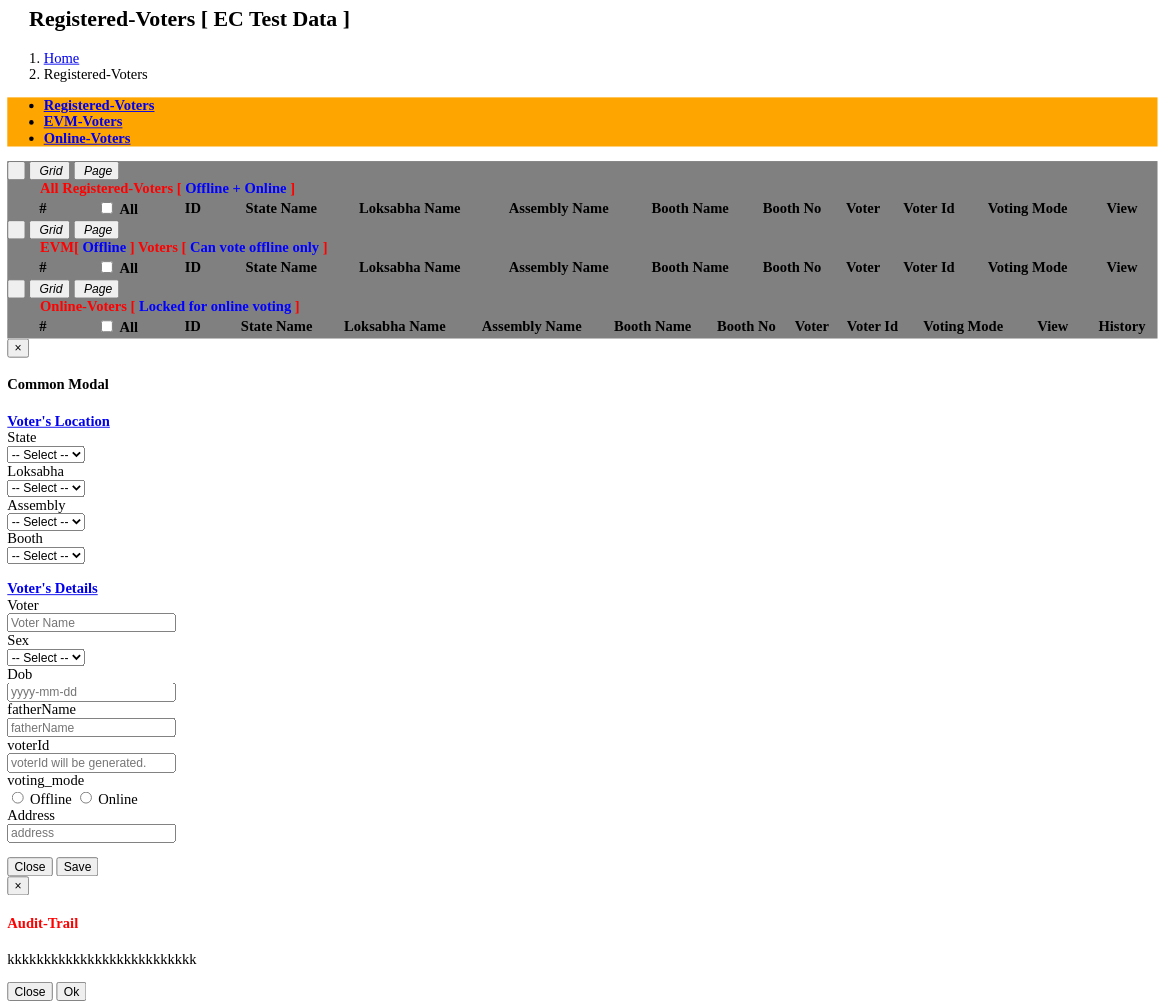
Repository: sanjeev167/IndiaOnLineVoting_3112020
Page: http://localhost/IndiaOnLineVoting/WEB-INF/jsp/ec/voters.jsp
An editor plug-in stored every save of this project. The page is shown before and after the next save, followed by the edit.
The browser window is 1280 px wide. The pictures show the whole page, at 91% of full size.
The page is served by Tomcat 9. Nobody is signed in. Other server files are loaded and not shown. The template is opened directly, without the code that normally fills it, so the values that code supplies are empty.

Above is the page before, as saved 2020-10-30 01:51:27.
Console error: TypeError: $(...).DataTable is not a function

### IndiaOnLineVoting/src/main/webapp/WEB-INF/jsp/ec/voters.jsp


	<!-- Full Width Column -->

	<!-- Content Header (Page header) -->
	<section class="content-header">
		<h1>
			&nbsp;&nbsp;&nbsp;&nbsp;Registered-Voters [ <strong>EC Test Data</strong> ]
		</h1>
		<ol class="breadcrumb">
			<li><a href="/"><i class="fa fa-dashboard"></i> Home</a></li>
			<li class="active">Registered-Voters</li>
		</ol>
	</section>

	<!-- Main content -->
	<section class="content">

		<div class="row">

			<div class="col-md-9">
				<div class="nav-tabs-custom" >
					<ul class="nav nav-tabs"
						style="background-color: orange; font-weight: bold;">
						<li class="active"><a href="#activity" data-toggle="tab">Registered-Voters</a></li>
						<li><a href="#timeline" data-toggle="tab">EVM-Voters</a></li>
						<li><a href="#settings" data-toggle="tab">Online-Voters</a></li>
					</ul>
					<div class="tab-content" style="background-color: grey;">
						<div class="active tab-pane" id="activity">
								<!-- /.box-header -->
								<div class="box-body">
									<div class="col-md-12">
										<div class="box box-primary ">
											<div class="box-header with-border">

												<div class="box-title">

													<button type="button">
														<i class="fa fa-search searchClass" data-toggle="modal">&nbsp;</i>
													</button>
													<button type="button" id="reloadGrid">
														<i class="fa fa-refresh">&nbsp;Grid</i>
													</button>
													<button type="button" id="refreshGrid">
														<i class="fa fa-refresh">&nbsp;Page</i>
													</button>
												</div>
												&nbsp;&nbsp;&nbsp;&nbsp;&nbsp;&nbsp;&nbsp;&nbsp;&nbsp;<strong style="color:red;">All Registered-Voters [ <span style="color:blue;">Offline + Online </span> ]</strong>
											</div>

											<div class="box-body ">
												<table id="votersEnrolledId" width="100%"
													class="table table-striped table-bordered table-hover table-condensed dt-responsive data-table">
													<thead>
														<tr>
															<th width="6%">#</th>
															<th width="7%"><input id="chkAll" type="checkbox">&nbsp;All</th>
															<th width="6%">ID</th>
															<th>State Name</th>
															<th>Loksabha Name</th>
															<th>Assembly Name</th>
															<th>Booth Name</th>
															<th>Booth No</th>
															<th>Voter</th>
															<th>Voter Id</th>
															<th>Voting Mode</th>
															<th width="6%">View</th>

														</tr>
													</thead>

												</table>
											</div>
											<!-- /.box-body -->

									</div>
									<!-- /.col -->
								</div>
								<!-- /.box-body -->
							</div>
							<!-- /.box -->

						</div>
						<!-- /.tab-pane -->




						<div class="tab-pane" id="timeline">
							 <!-- /.box-header -->
								<div class="box-body">
									<div class="col-md-12">
										<div class="box box-primary ">
											<div class="box-header with-border">

												<div class="box-title">

													<button type="button">
														<i class="fa fa-search SearchOffLineVotersClass" data-toggle="modal">&nbsp;</i>
													</button>
													<button type="button" id="reloadGrid">
														<i class="fa fa-refresh">&nbsp;Grid</i>
													</button>
													<button type="button" id="refreshGrid">
														<i class="fa fa-refresh">&nbsp;Page</i>
													</button>
												</div>
												&nbsp;&nbsp;&nbsp;&nbsp;&nbsp;&nbsp;&nbsp;&nbsp;&nbsp;<strong style="color:red;">EVM[ <span style="color:blue;">Offline</span> ] Voters [ <span style="color:blue;">Can vote offline only</span> ]</strong>
											</div>

											<div class="box-body ">
												<table id="votersEnrolledOfflineId" width="100%"
													class="table table-striped table-bordered table-hover table-condensed dt-responsive data-table">
													<thead>
														<tr>
														   <th width="6%">#</th>
															<th width="7%"><input id="chkAll" type="checkbox">&nbsp;All</th>
															<th width="6%">ID</th>
															<th>State Name</th>
															<th>Loksabha Name</th>
															<th>Assembly Name</th>
															<th>Booth Name</th>
															<th>Booth No</th>
															<th>Voter</th>
															<th>Voter Id</th>
															<th>Voting Mode</th>
															<th width="6%">View</th>

														</tr>
													</thead>

												</table>
											</div>
											<!-- /.box-body -->

									</div>
									<!-- /.col -->
								</div>
								<!-- /.box-body -->
							</div>
							<!-- /.box -->
						</div>
						<!-- /.tab-pane -->

						<div class="tab-pane" id="settings">
							      <!-- /.box-header -->
								<div class="box-body">
									<div class="col-md-12">
										<div class="box box-primary ">
											<div class="box-header with-border">

												<div class="box-title">

													<button type="button">
														<i class="fa fa-search SearchOnLineVotersClass" data-toggle="modal">&nbsp;</i>
													</button>
													<button type="button" id="reloadGrid">
														<i class="fa fa-refresh">&nbsp;Grid</i>
													</button>
													<button type="button" id="refreshGrid">
														<i class="fa fa-refresh">&nbsp;Page</i>
													</button>
												</div>
												&nbsp;&nbsp;&nbsp;&nbsp;&nbsp;&nbsp;&nbsp;&nbsp;&nbsp;<strong style="color:red;">Online-Voters [ <span style="color:blue;">Locked for online voting</span> ]</strong>
											</div>

											<div class="box-body ">
												<table id="votersEnrolledOnlineId" width="100%"
													class="table table-striped table-bordered table-hover table-condensed dt-responsive data-table">
													<thead>
														<tr>
															<th width="6%">#</th>
															<th width="7%"><input id="chkAll" type="checkbox">&nbsp;All</th>
															<th width="6%">ID</th>
															<th>State Name</th>
															<th>Loksabha Name</th>
															<th>Assembly Name</th>
															<th>Booth Name</th>
															<th>Booth No</th>
															<th>Voter</th>
															<th>Voter Id</th>
															<th>Voting Mode</th>
															<th width="6%">View</th>
															<th width="6%">History</th>

														</tr>
													</thead>

												</table>
											</div>
											<!-- /.box-body -->

									</div>
									<!-- /.col -->
								</div>
								<!-- /.box-body -->
							</div>
							<!-- /.box -->

						</div>
						<!-- /.tab-pane -->
					</div>
					<!-- /.tab-content -->
				</div>
				<!-- /.nav-tabs-custom -->
			</div>
			<!-- /.col -->
		</div>
		<!-- /.row -->

	</section>
	<!-- /.content -->



<!-- modal for add/update/view/search -->
<div class="modal fade" id="modal-common">
	<div class="modal-dialog modal-md">
		<div class="modal-content" style="border-radius: 10px;">
			<div class="modal-header">
				<button type="button" class="close" data-dismiss="modal"
					aria-label="Close">
					<span aria-hidden="true">&times;</span>
				</button>
				<h4 class="modal-title" id="commonModalTitleId">Common Modal</h4>
			</div>
			<div class="modal-body">
				<!-- form start -->
				<form class="form-horizontal" id="commonFormId" action="">
					<div class="box-body">
						<h5 id="successMsgId"></h5>
						<h5 id="searchMsgId"></h5>
						<strong style="color:red;" id="searchHideContentId"><a href="#" id="voterlocationId">Voter's Location </a></strong>
						<div id="voterLocationShowHideId">
									<div class="form-group">
										<label for="inputStateName" class="col-sm-4 control-label">
											State</label>
										<div class="col-sm-7">
											<select class="form-control" name="stateNameId"
												id="stateNameId">
												<option value="">-- Select --</option>

											</select> <span id="stateNameId_err" class="field-error"></span>
										</div>
									</div>
									<div class="form-group">
										<label for="inputLoksabhaName" class="col-sm-4 control-label">
											Loksabha</label>
										<div class="col-sm-7">
											<select class="form-control" name="loksabhaNameId"
												id="loksabhaNameId">
												<option value="">-- Select --</option>

											</select> <span id="loksabhaNameId_err" class="field-error"></span>
										</div>
									</div>

									<div class="form-group" id="assemblyLabledId">
										<label for="inputSortName" class="col-sm-4 control-label">
											Assembly</label>
										<div class="col-sm-7">
											<select class="form-control" name="assemblyNameId"
												id="assemblyNameId">
												<option value="">-- Select --</option>

											</select> <span id="assemblyNameId_err" class="field-error"></span>
										</div>
									</div>

									<div class="form-group" id="pollingBoothNameIdLabledId">
										<label for="inputSortName" class="col-sm-4 control-label">
											Booth</label>
										<div class="col-sm-7">
											<select class="form-control" name="pollingBoothNameId"
												id="pollingBoothNameIdId">
												<option value="">-- Select --</option>
											</select> <span id="pollingBoothNameIdId_err" class="field-error"></span>
										</div>
									</div>
                         </div>



								<!-- Voter Location -->
								<br>
								<strong style="color:red;" id="searchHide1ContentId"><a href="#"  id="voterDetailId"> Voter's Details </a></strong>
								<div id="voterDetailShowHideId">

										<div class="form-group" id="voterNameLabledId">
											<label for="inputSortName" class="col-sm-4 control-label">
												Voter</label>
											<div class="col-sm-7">
												<input type="text" class="form-control" name="voterName"
													id="voterNameId" placeholder="Voter Name">
													<span
												id="voterNameId_err" class="field-error"></span>
											</div>
										</div>

										<div class="form-group" id="sexLabledId">
											<label for="inputSortName" class="col-sm-4 control-label">
												Sex</label>
											<div class="col-sm-7">
											        <select class="form-control" name="sex"	id="sexId">
												       <option value="">-- Select --</option>
												       <option value="M">Male</option>
												       <option value="F">Female</option>
											        </select>
													<span id="sexId_err" class="field-error"></span>
											</div>
										</div>

										<div class="form-group" id="dobForPageLabledId">
											<label for="inputSortName" class="col-sm-4 control-label">
												Dob</label>
											<div class="col-sm-7">
												<input type="text" class="form-control" name="dobForPage" id="dobForPageId" placeholder="yyyy-mm-dd">
													<span
												id="dobForPageId_err" class="field-error"></span>
											</div>
										</div>

										<div class="form-group" id="fatherNameLabledId">
											<label for="inputSortName" class="col-sm-4 control-label">
												fatherName</label>
											<div class="col-sm-7">
												<input type="text" class="form-control" name="fatherName"
													id="fatherNameId" placeholder="fatherName">
													<span
												id="fatherNameId_err" class="field-error"></span>
											</div>
										</div>

										<div class="form-group" id="voterIdLabledId">
											<label for="inputSortName" class="col-sm-4 control-label">
												voterId</label>
											<div class="col-sm-7">
												<input type="text" class="form-control" name="voterId"
													id="voterIdId" placeholder="voterId will be generated.">
													<span
												id="voterIdId_err" class="field-error"></span>
											</div>
										</div>

										<div class="form-group" id="voting_modeLabledId">
											<label for="inputSortName" class="col-sm-4 control-label">
												voting_mode</label>
											<div class="col-sm-7">
											     <input type="radio" name="voting_mode" id="offlineVoting_modeId" value="0">&nbsp;Offline
											     <input type="radio" name="voting_mode" id="onlineVoting_modeId" value="1">&nbsp;Online

													<span
												id="voting_modeId_err" class="field-error"></span>
											</div>
										</div>

										<div class="form-group" id="addressLabledId">
											<label for="inputSortName" class="col-sm-4 control-label">
												Address</label>
											<div class="col-sm-7">
												<input type="text" class="form-control" name="address"
													id="addressId" placeholder="address">
													<span
												id="addressId_err" class="field-error"></span>
											</div>
										</div>
								</div>
								   <input hidden="true" name="id" id="votersEnrolledRecordId" />
							</div>
							<!-- /.box-body -->

							<!-- /.box-footer -->
				</form>

			</div>
			<div class="modal-footer">
				<button type="button" class="btn btn-info" data-dismiss="modal">Close</button>
				<button type="button"
					class="btn btn-warning commonButtonActionClass"
					id="commonButtonActionId">Save</button>
			</div>
		</div>
		<!-- /.modal-content -->
	</div>
	<!-- /.modal-dialog -->
</div>
<!-- /.modal -->









	<!-- jQuery 3  -->
	<script
		src="https://ajax.googleapis.com/ajax/libs/jquery/3.4.1/jquery.min.js"></script>
	<script
		src="https://maxcdn.bootstrapcdn.com/bootstrap/3.4.0/js/bootstrap.min.js"></script>
	<script
		src="${contextPath}/resources/assets/pageSpecific/js/votersEnrolled_list.js"></script>



		<!-- modal for Audit trail -->
	<div class="modal fade " id="auditTrailModalId">
		<div class="modal-dialog modal-sm ">
			<div class="modal-content" style="border-radius: 10px;">
				<div class="modal-header">
					<button type="button" class="close" data-dismiss="modal"
						aria-label="Close">
						<span aria-hidden="true">&times;</span>
					</button>
					<h4 class="modal-title">
						<b style="color: red;">Audit-Trail</b>
					</h4>
				</div>
				<div class="modal-body " style="border-radius: 10px;">
					<p>
						kkkkkkkkkkkkkkkkkkkkkkkkkk
					</p>
				</div>
				<div class="modal-footer">
					<button type="button" class="btn btn-default pull-left"
						data-dismiss="modal">Close</button>
					<button type="button" class="btn btn-primary" >Ok</button>
				</div>
			</div>
			<!-- /.modal-content -->
		</div>
		<!-- /.modal-dialog -->
	</div>
	<!-- /.modal -->

Loaded but not shown: IndiaOnLineVoting/src/main/webapp/resources/assets/pageSpecific/js/votersEnrolled_list.js (1383 lines, source omitted)

After the next save:
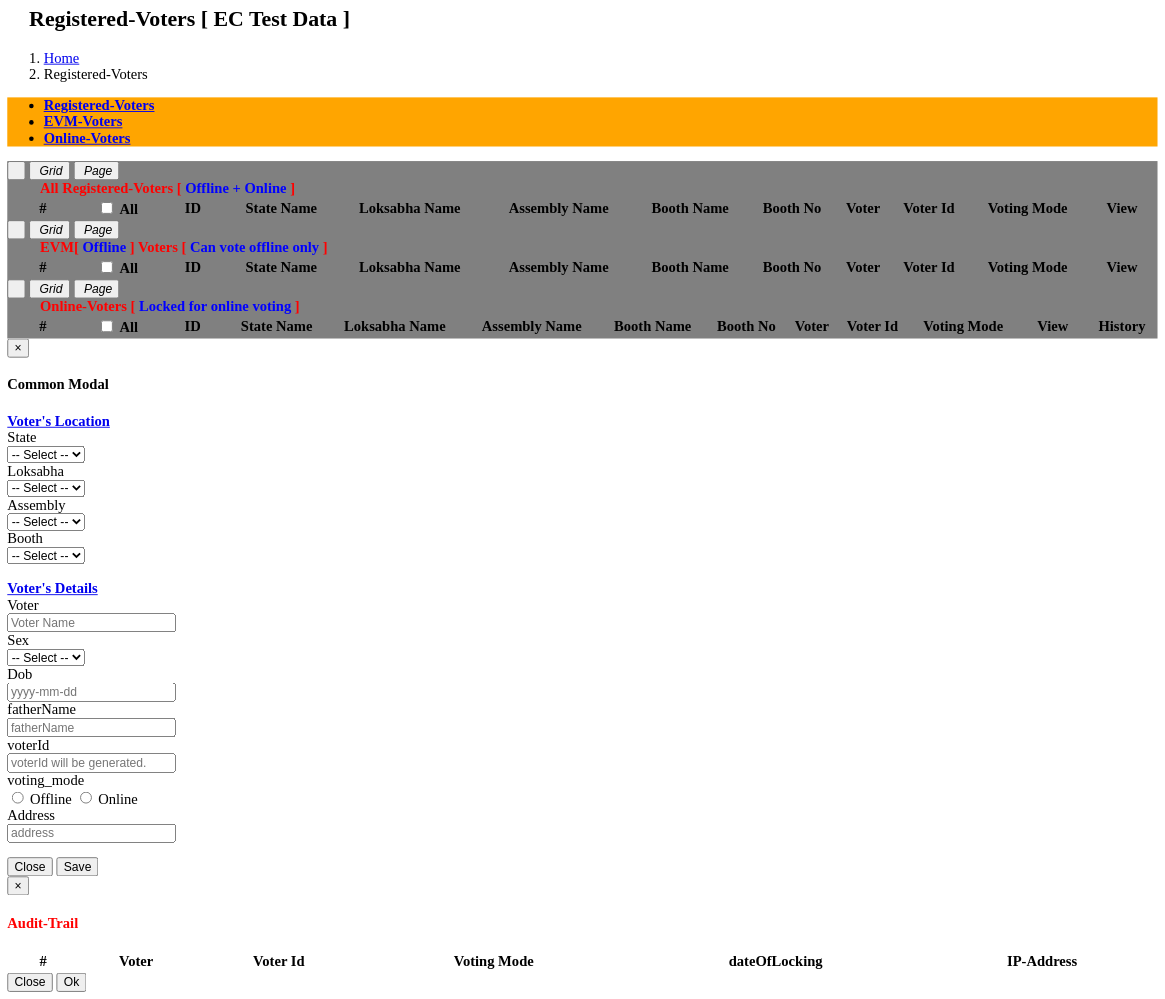
Saved 2 min 46 s later.
--- a/IndiaOnLineVoting/src/main/webapp/WEB-INF/jsp/ec/voters.jsp
+++ b/IndiaOnLineVoting/src/main/webapp/WEB-INF/jsp/ec/voters.jsp
@@ -419,9 +419,20 @@
 					</h4>
 				</div>
 				<div class="modal-body " style="border-radius: 10px;">
-					<p>
-						kkkkkkkkkkkkkkkkkkkkkkkkkk
-					</p>
+					<table id="votersAuditTrailId" width="100%"
+						class="table table-striped table-bordered table-hover table-condensed dt-responsive data-table">
+						<thead>
+							<tr>
+								<th width="6%">#</th>
+								<th>Voter</th>
+                                <th>Voter Id</th>
+								<th>Voting Mode</th>
+								<th>dateOfLocking</th>
+								<th>IP-Address</th>
+							</tr>
+						</thead>
+
+					</table>
 				</div>
 				<div class="modal-footer">
 					<button type="button" class="btn btn-default pull-left"
